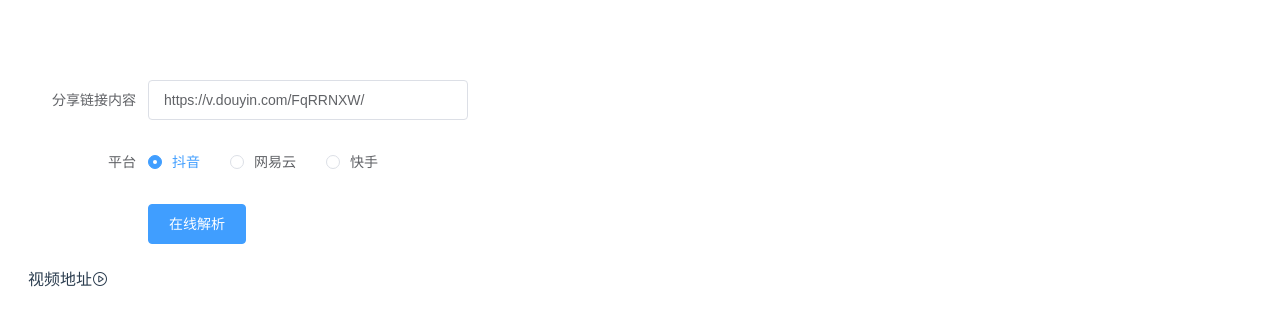
Repository: lyln/freepd
Page: / (app in frontend/freepd/)
These files come from the project's save history. The page is drawn as it stood at one moment and after the next save; the edit follows.
The browser window is 1280 px wide. The pictures show the whole page.
The project was rebuilt for these pictures with package versions that can differ from the ones it lists, and the page was loaded fresh each time.

Above is the page before, as saved 2022-05-23 00:00:57.

After the next save:
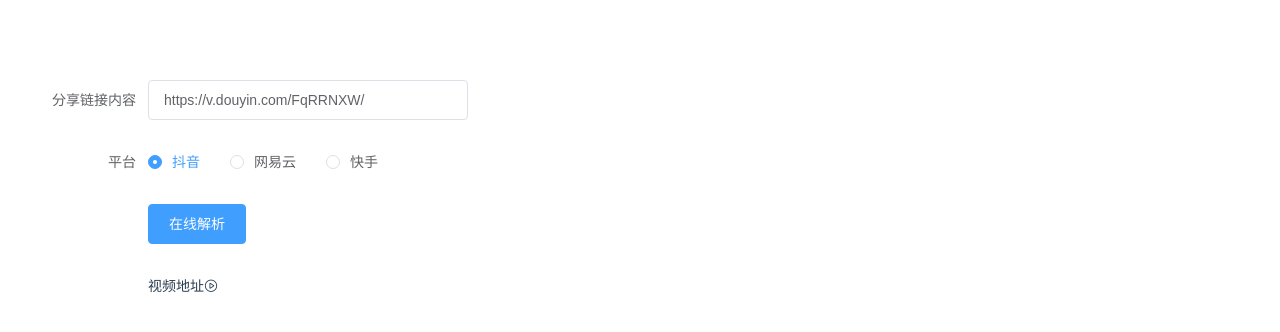
Saved 8 h 51 min later.
--- a/frontend/freepd/src/components/HelloWorld.vue
+++ b/frontend/freepd/src/components/HelloWorld.vue
@@ -19,8 +19,9 @@
 						<el-form-item>
 							<el-button type="primary" @click="onSubmit">在线解析</el-button>
 						</el-form-item>
-
-						视频地址<i class="el-icon-video-play"></i> {{data.video.play }}
+						<el-form-item>
+							视频地址<i class="el-icon-video-play"></i> {{data.video.play }}
+						</el-form-item>
 					</el-form>
 
 				</el-col>
